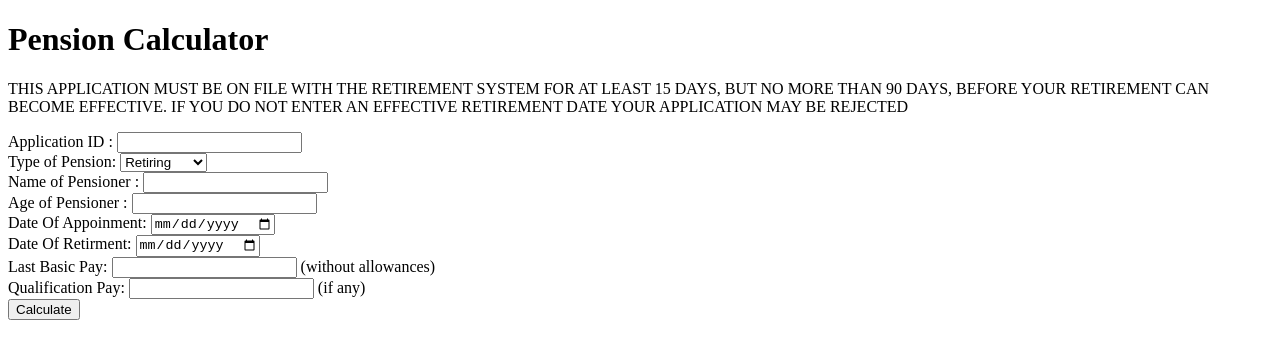
Repository: AQSA-ABDULLAH/RetirementManagmentSystem
Page: RetimentManagmentSystem/src/main/webapp/RetirementApplicationForm.html
The author's editor kept a copy of each file at every save. The page is drawn from the files as they stood at one save, then again after the next save.
The browser window is 1280 px wide. The pictures show the whole page.

Above is the page before, as saved 2023-08-13 18:07:49.

After the next save:
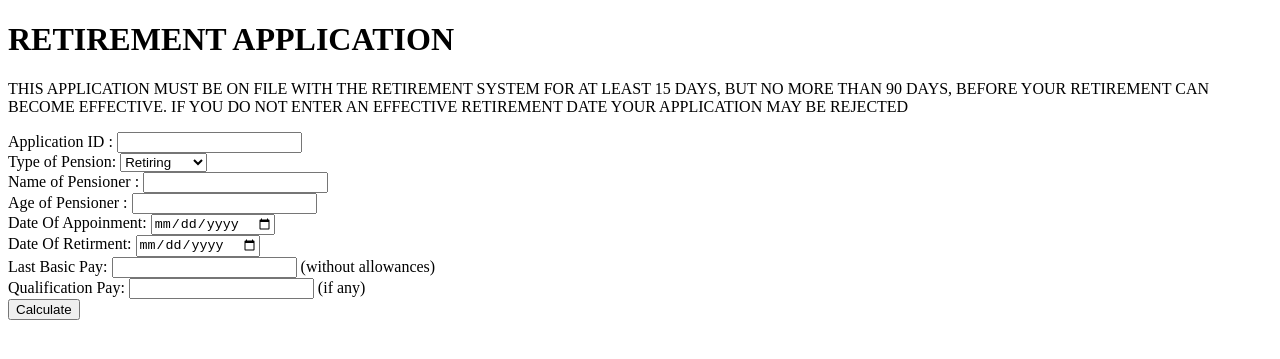
Saved 101 s later.
--- a/RetimentManagmentSystem/src/main/webapp/RetirementApplicationForm.html
+++ b/RetimentManagmentSystem/src/main/webapp/RetirementApplicationForm.html
@@ -2,26 +2,10 @@
 <html>
 <head>
 <meta charset="ISO-8859-1">
-<title>Pension Calculator</title>
-<script>
-  function calculatePension() {
-    var initialAmount = parseFloat(document.getElementById('initialAmount').value);
-    var annualContribution = parseFloat(document.getElementById('annualContribution').value);
-    var interestRate = parseFloat(document.getElementById('interestRate').value) / 100;
-    var years = parseInt(document.getElementById('years').value);
-
-    var totalAmount = initialAmount;
-    for (var i = 1; i <= years; i++) {
-      totalAmount += annualContribution;
-      totalAmount *= (1 + interestRate);
-    }
-
-    document.getElementById('result').innerHTML = 'Your pension after ' + years + ' years will be: $' + totalAmount.toFixed(2);
-  }
-</script>
+<title>Retirment Application</title>
 </head>
 <body>
-  <h1>Pension Calculator</h1>
+  <h1>RETIREMENT APPLICATION</h1>
   <form method="post" action="myservlet">
 
 	<p>THIS APPLICATION MUST BE ON FILE WITH THE RETIREMENT SYSTEM FOR AT LEAST 15 DAYS, BUT NO MORE THAN 90
